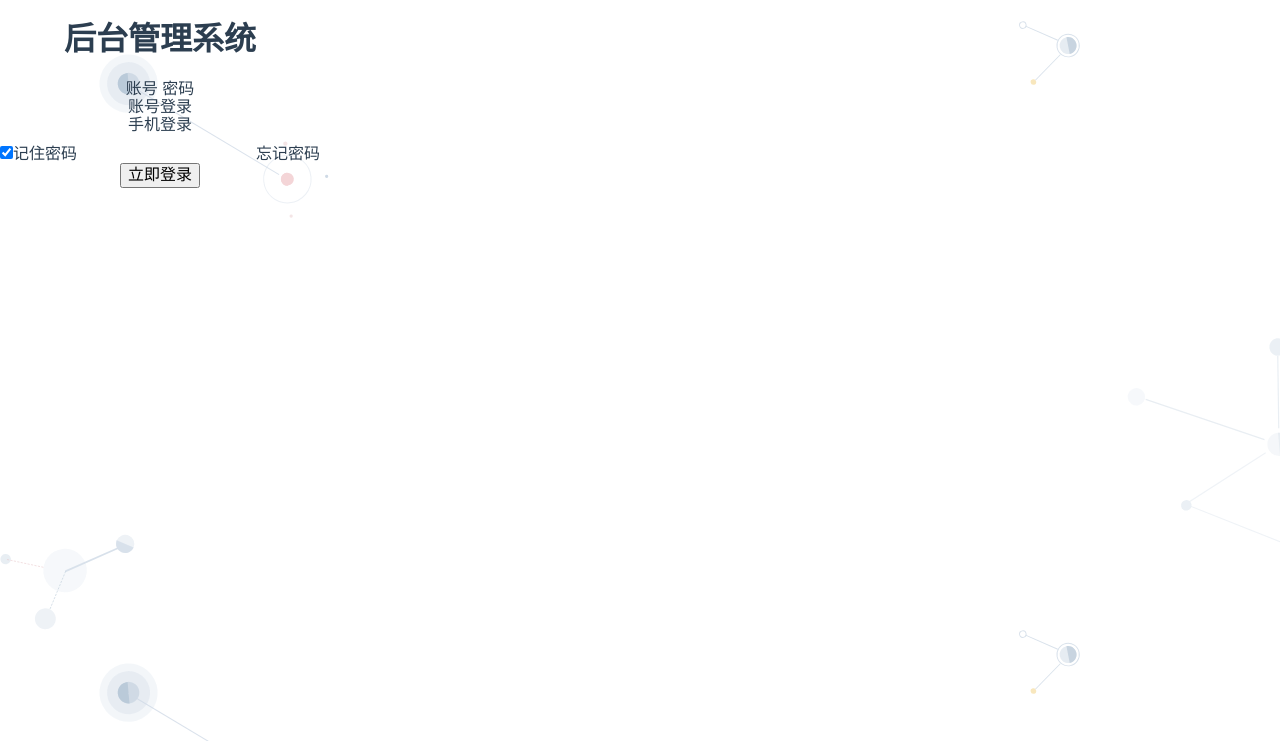
Repository: chenguox/vue-admin
Page: /#/login
These files come from the project's save history. The page is drawn as it stood at one moment and after a run of saves; the edit follows.
The browser window is 1280 px wide. The pictures show the whole page.
The page's requests for data from a server got no answer. The project was rebuilt for these pictures with package versions that can differ from the ones it lists, and the page was loaded fresh each time. No one was signed in, and anything a server would have sent is missing. Also part of the build but not shown: vue.config.js.

Above is the page before, as saved 2022-03-05 10:56:29.

### src/main.ts
import { createApp } from 'vue'
import { globalRegister } from './global'
import 'normalize.css'
import './assets/css/index.less'

import App from './App.vue'

import router from './router'
import store from './store'

import gxRequest from './service'

const app = createApp(App)

// 注册element-plus/其他
app.use(globalRegister)
app.use(router)
app.use(store)

app.mount('#app')

interface DataType {
  data: any
  returnCode: string
  success: boolean
}

gxRequest
  .request<DataType>({
    url: '/post',
    method: 'POST',
    interceptors: {
      requestInterceptor: (config) => {
        console.log('单个请求成功的拦截')
        return config
      },
      requestInterceptorCatch: (err) => {
        console.log('单个请求失败的拦截')
        return err
      },
      responseInterceptor: (res) => {
        console.log('单个响应成功的拦截')
        return res
      },
      responseInterceptorCatch: (err) => {
        console.log('单个响应失败的拦截')
        return err
      }
    }
  })
  .then((res) => {
    // 拿到请求结果
    console.log(res)
  })

### src/global/index.ts
import { App } from 'vue'
import registerElement from './register-element'

export function globalRegister(app: App): void {
  app.use(registerElement)
}

### src/App.vue
<template>
  <div id="app">
    <!-- <router-link to="/login">登录</router-link>
    <router-link to="/main">首页</router-link>
    <h2>{{ $store.state.name }}</h2> -->
    <router-view></router-view>
  </div>
</template>

<script lang="ts">
import { defineComponent } from 'vue'

export default defineComponent({
  name: 'App',
  components: {}
})
</script>

<style lang="less">
#app {
  font-family: Avenir, Helvetica, Arial, sans-serif;
  -webkit-font-smoothing: antialiased;
  -moz-osx-font-smoothing: grayscale;
  text-align: center;
  color: #2c3e50;
  // margin-top: 60px;
}
</style>

### src/router/index.ts
import { createRouter, createWebHashHistory } from 'vue-router'
import { RouteRecordRaw } from 'vue-router'

const routes: RouteRecordRaw[] = [
  {
    path: '/',
    redirect: '/main'
  },
  {
    path: '/main',
    component: () => import('../views/main/main.vue')
  },
  {
    path: '/login',
    component: () => import('../views/login/login.vue')
  }
]

// 创建 router 对象
const router = createRouter({
  routes,
  history: createWebHashHistory()
})

export default router

### src/store/index.ts
import { createStore } from 'vuex'

// 创建store对象
const store = createStore({
  state: () => {
    return {
      name: '哈哈'
    }
  },
  mutations: {},
  getters: {},
  actions: {}
})

export default store

### src/service/index.ts
// service 统一出口
import GXRequest from './request'
import { API_BASE_URL, TIME_OUT } from './request/config'

// 创建 gxRequest 实例
const gxRequest = new GXRequest({
  baseURL: API_BASE_URL,
  timeout: TIME_OUT,
  interceptors: {
    requestInterceptor: (config) => {
      console.log('请求成功的拦截')
      return config
    },
    requestInterceptorCatch: (err) => {
      console.log('请求失败的拦截')
      return err
    },
    responseInterceptor: (res) => {
      console.log('响应成功的拦截')
      return res
    },
    responseInterceptorCatch: (err) => {
      console.log('响应失败的拦截')
      return err
    }
  }
})

export default gxRequest

### src/global/register-element.ts
import { App } from 'vue'
import {
  ElButton,
  ElTabs,
  ElTabPane,
  ElIcon,
  ElForm,
  ElFormItem,
  ElInput,
  ElCheckbox,
  ElLink
} from 'element-plus'

const components = [
  ElButton,
  ElTabs,
  ElTabPane,
  ElIcon,
  ElForm,
  ElFormItem,
  ElInput,
  ElCheckbox,
  ElLink
]

export default function (app: App): void {
  for (const component of components) {
    app.component(component.name, component)
  }
}

### src/views/login/login.vue
<template>
  <div class="login">
    <login-panel />
  </div>
</template>

<script lang="ts">
import { defineComponent } from 'vue'
import LoginPanel from './cpns/login-panel.vue'

export default defineComponent({
  components: {
    LoginPanel
  },
  setup() {
    return {}
  }
})
</script>

<style scoped lange="less">
.login {
  width: 100%;
  height: 100%;
  background: url('../../assets/img/login-bg.svg');
}
</style>

### src/service/request/index.ts
import axios from 'axios'
import type { AxiosInstance } from 'axios'
import type { GXRequestInterceptors, GXRequestConfig } from './type'

class GXRequest {
  instance: AxiosInstance
  interceptors?: GXRequestInterceptors

  constructor(config: GXRequestConfig) {
    this.instance = axios.create(config)

    // 保存对应实例的拦截
    this.interceptors = config.interceptors

    // 1、添加所有实例的拦截器
    this.instance.interceptors.request.use(
      (config) => {
        console.log('所有实例的拦截器: 请求成功拦截')
        return config
      },
      (err) => {
        console.log('所有实例的拦截器: 请求失败拦截')
        return err
      }
    )

    this.instance.interceptors.response.use(
      (res) => {
        console.log('所有实例的拦截器: 响应成功拦截')
        return res
      },
      (err) => {
        console.log('所有实例的拦截器: 响应失败拦截')
        return err
      }
    )

    // 2、添加实例拦截器(从config中取出对应的实例)
    this.instance.interceptors.request.use(
      this.interceptors?.requestInterceptor,
      this.interceptors?.requestInterceptorCatch
    )
    this.instance.interceptors.response.use(
      this.interceptors?.responseInterceptor,
      this.interceptors?.responseInterceptorCatch
    )
  }

  // 需要将返回结果类型改为 Promise, 且类型应该是请求者决定，所以使用泛型
  request<T>(config: GXRequestConfig<T>): Promise<T> {
    // 处理成返回一个 promise
    return new Promise((resolve, reject) => {
      if (config.interceptors?.requestInterceptor) {
        // 执行请求拦截，执行完将config返回
        config = config.interceptors.requestInterceptor(config)
      }
      this.instance
        .request<any, T>(config)
        .then((res) => {
          if (config.interceptors?.responseInterceptor) {
            res = config.interceptors.responseInterceptor(res)
          }

          // 将结果 resolve 返回出去
          resolve(res)
        })
        .catch((err) => {
          reject(err)
        })
    })
  }
}

export default GXRequest

### src/service/request/config.ts
// 通过加载 .env 文件的方式区分环境变量
export const API_BASE_URL = process.env.VUE_APP_BASE_URL
export const TIME_OUT = 10000

### src/views/login/cpns/login-panel.vue
<template>
  <div class="login-panel">
    <h1 class="title">后台管理系统</h1>
    <el-tabs>
      <el-tab-pane type="border-card">
        <template #label>
          <span>
            <el-icon><avatar /></el-icon>账号登录
          </span>
        </template>
        账号 密码
      </el-tab-pane>
      <el-tab-pane>
        <template #label>
          <span>
            <el-icon><cellphone /></el-icon>手机登录
          </span>
        </template>
        手机
      </el-tab-pane>
    </el-tabs>
    <div class="account-control">
      <el-checkbox
        v-model="isKeepPassword"
        label="记住密码"
        size="large"
      ></el-checkbox>
      <el-link type="primary">忘记密码</el-link>
    </div>
    <el-button type="primary" class="login-btn">立即登录</el-button>
  </div>
</template>

<script lang="ts">
import { defineComponent, ref } from 'vue'

export default defineComponent({
  setup() {
    const isKeepPassword = ref(true)
    return {
      isKeepPassword
    }
  }
})
</script>

<style scoped lang="less">
.login-panel {
  width: 320px;

  // .title {

  // }
  .account-control {
    margin-top: 10px;
    display: flex;
    justify-content: space-between;
  }

  .login-btn {
    width:100
  }
}
</style>

Loaded but not shown: public/index.html (common file); src/assets/css/index.less (common file); src/assets/css/base.less (common file)

After the next 3 saves:
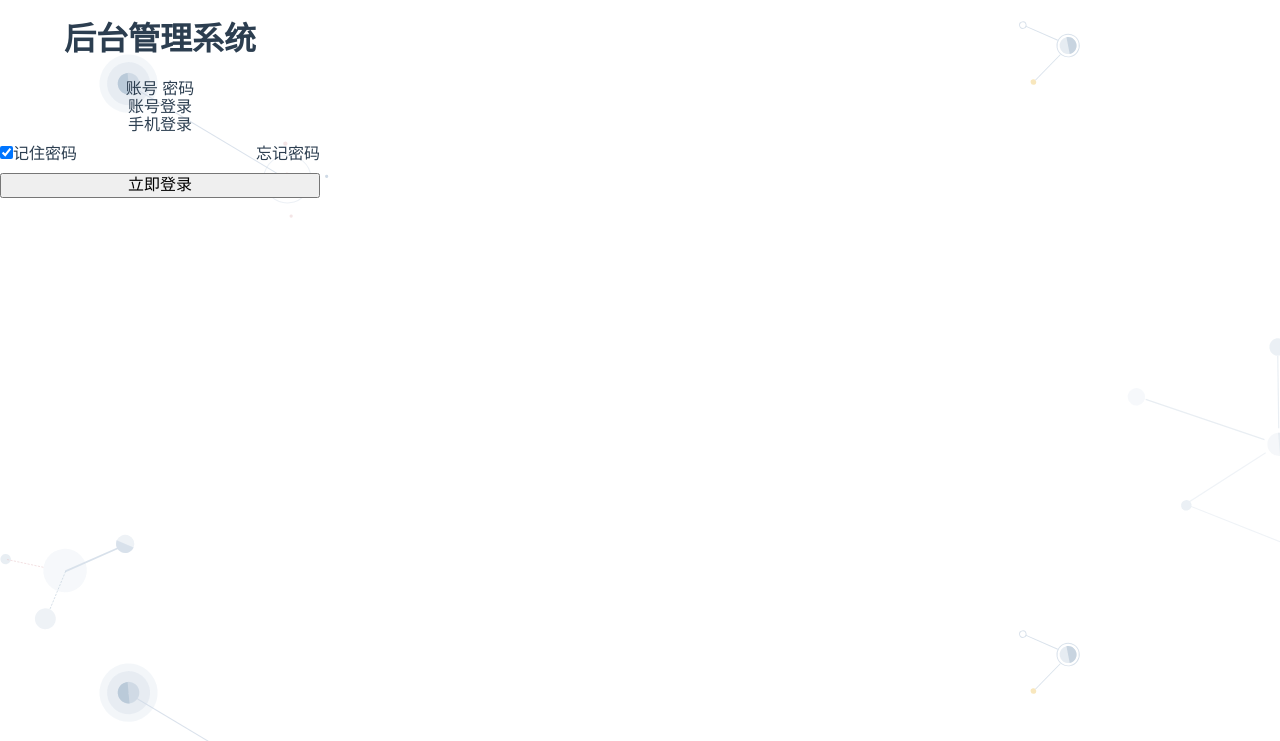
The 3 saves are shown as one change because 1 did not build or start and some came seconds apart.
The last was saved 16 s later.
--- a/src/views/login/cpns/login-panel.vue
+++ b/src/views/login/cpns/login-panel.vue
@@ -58,7 +58,8 @@ export default defineComponent({
   }
 
   .login-btn {
-    width:100
+    width: 100%;
+    margin-top: 10px;
   }
 }
 </style>
